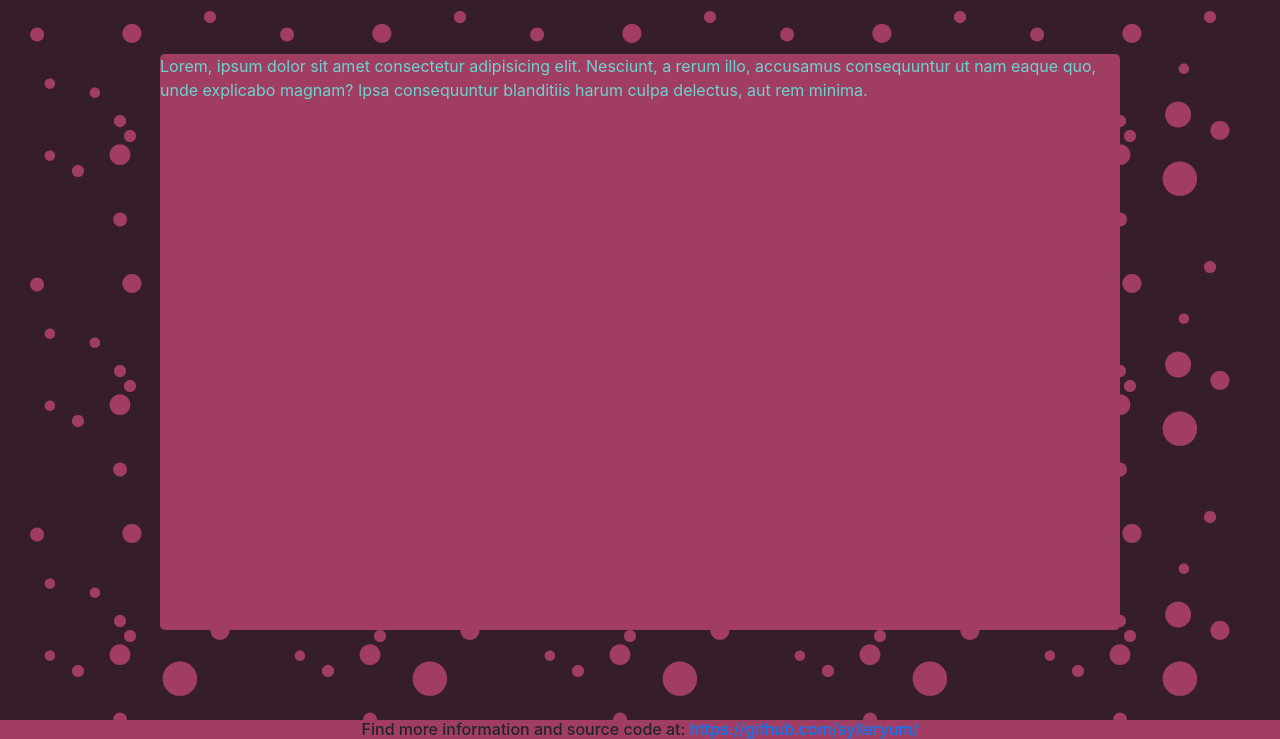
Repository: sylleryum/Frontend
Page: GetTopTracks/index.html
These files come from the project's save history. The page is drawn as it stood at one moment and after the next save; the edit follows.
The browser window is 1280 px wide. The pictures show the whole page.

Above is the page before, as saved 2019-10-13 14:52:37.

After the next save:
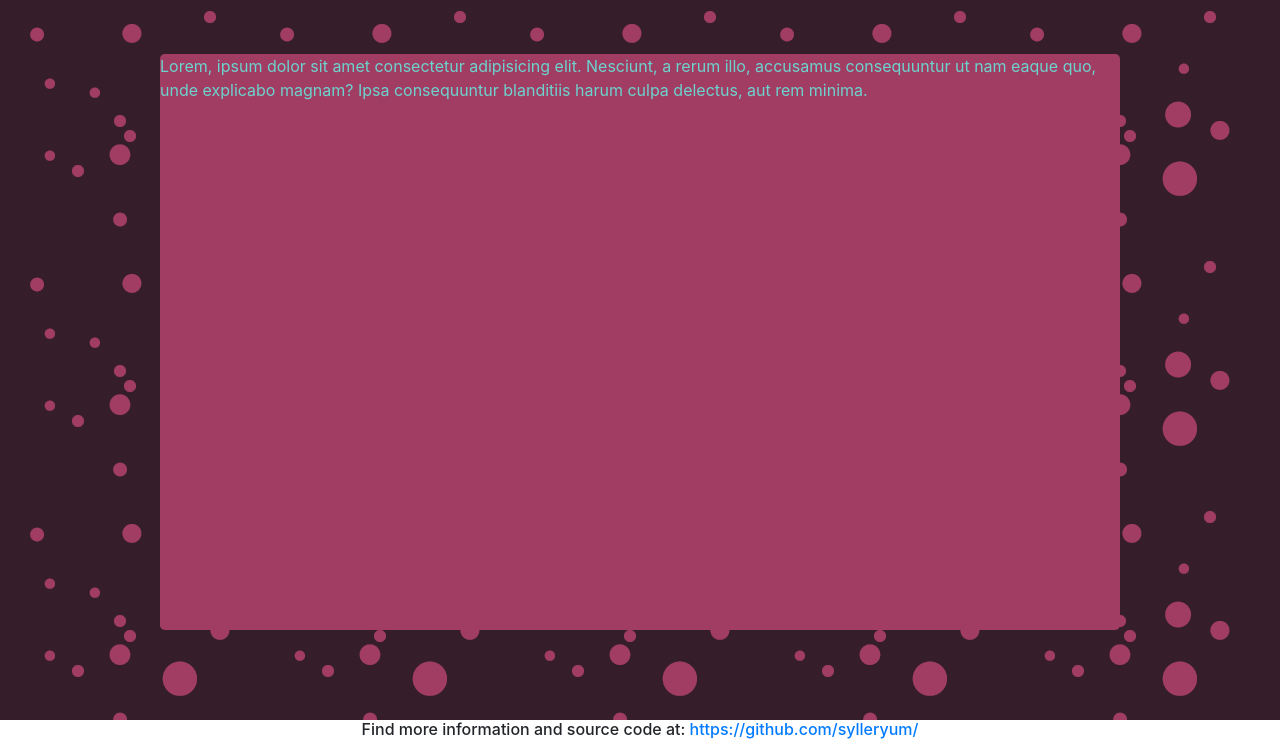
Saved 18 s later.
--- a/GetTopTracks/index.html
+++ b/GetTopTracks/index.html
@@ -21,7 +21,7 @@
           </div>
 
       </div>
-      <footer class="text-center m-0 bg-4">
+      <footer class="text-center m-0 bbg-4">
           <h6 class="p-0 m-0 text-w">Find more information and source code at: <a href="https://github.com/sylleryum/"> https://github.com/sylleryum/</a></h6>
 
      </footer>

After the save that followed:
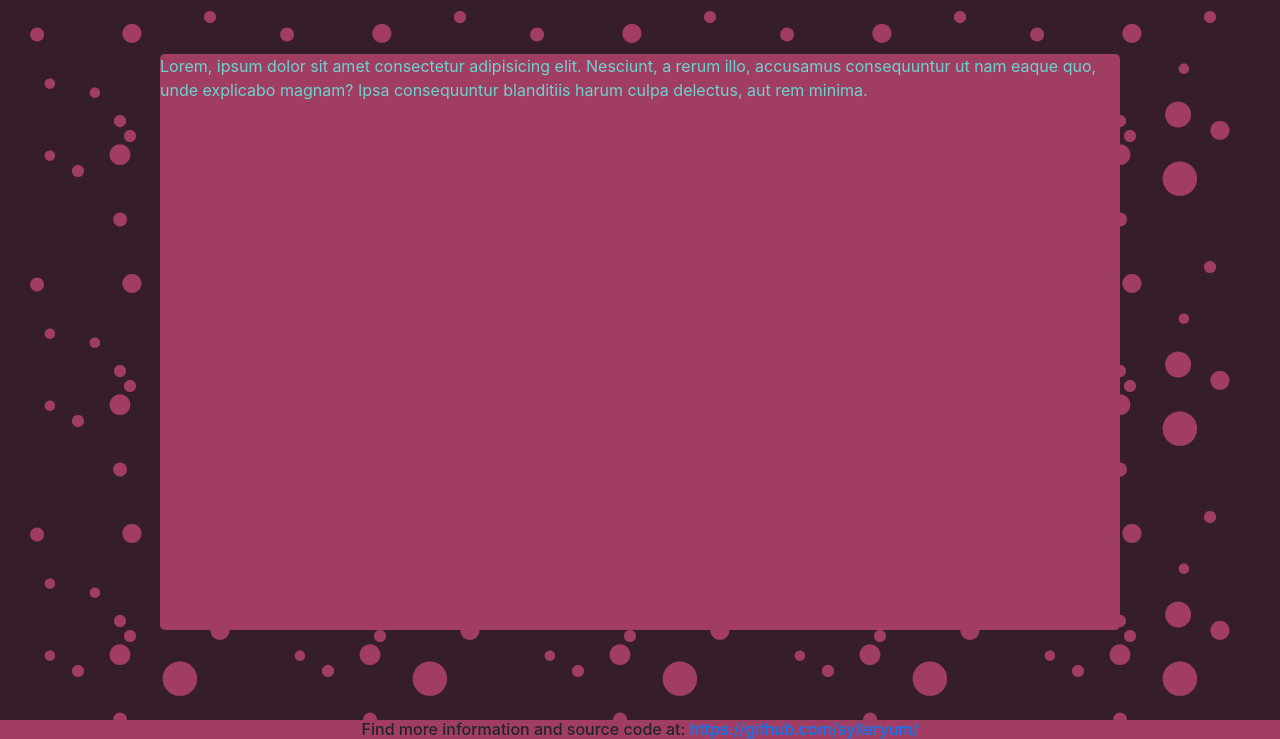
Saved 4 s later.
--- a/GetTopTracks/index.html
+++ b/GetTopTracks/index.html
@@ -21,7 +21,7 @@
           </div>
 
       </div>
-      <footer class="text-center m-0 bbg-4">
+      <footer class="text-center m-0 b-0 bg-4">
           <h6 class="p-0 m-0 text-w">Find more information and source code at: <a href="https://github.com/sylleryum/"> https://github.com/sylleryum/</a></h6>
 
      </footer>
